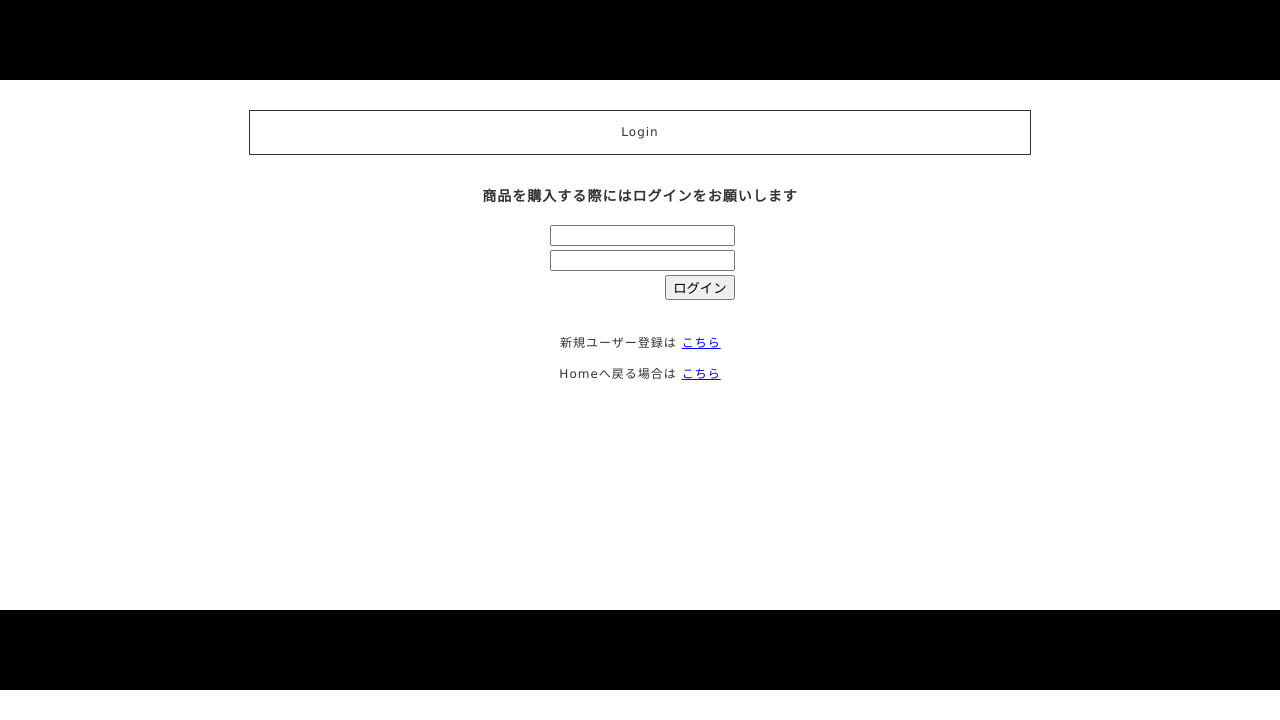
Repository: ProgrammerCollegeIshida/test
Page: http://localhost/ecsite/login.jsp
The author's editor kept a copy of each file at every save. The page is drawn from the files as they stood at one save, then again after the next save.
The browser window is 1280 px wide. The pictures show the whole page.
The page is served by Tomcat 9. Other server files are loaded and not shown.

Above is the page before, as saved 2019-03-22 01:29:38.

### ecsite/WebContent/login.jsp
<%@ page language="java" contentType="text/html; charset=UTF-8"
    pageEncoding="UTF-8"%>
<%@ taglib prefix="s" uri="/struts-tags" %>
<!DOCTYPE html PUBLIC "-//W3C//DTD HTML 4.01 Transitional//EN" "http://www.w3.org/TR/html4/loose.dtd">
<html>
<head>
<meta http-equiv="Content-Type" content="text/html; charset=UTF-8">
<meta http-equiv="Content-Style-Type" content="text/css"/>
<meta http-equiv="Content-Script-Type" content="text/javascript"/>
<meta http-equiv="imagetoolbar" content="no"/>
<meta name="description" content=""/>
<meta name="keywords" content=""/>
<title>Insert title here</title>
<style type="text/css">
	body{
	margin:0;
	padding:0;
	line-height:1.6;
	letter-spacing:1px;
	font-family:Verdana, Helvetica, sans-serif;
	font-size:12px;
	color:#333;
	background:#fff;
	}

	table{
	text-align:center;
	margin:0 auto;
	}

	#top{
	width:780px;
	margin:30px auto;
	border:1px solid #333;
	}

	#header{
	width:100%;
	height:80px;
	background-color:black;
	}

	#main{
	width:100%;
	height:500px;
	text-align:center;
	}

	#footer{
	width:100%;
	height:80px;
	background-color:black;
	clear:both;
	}

	#text-link{
	display:inline-block;
	text-align:right;
	}
</style>
</head>
<body>
	<div id="header">
		<div id="pr">
		</div>
	</div>
	<div id="main">
		<div id="top">
			<p>Login</p>
		</div>
		<div>
			<h3>商品を購入する際にはログインをお願いします</h3>
			<s:form action="LoginAction">
				<s:textfield name="loginUserId"/>
				<s:password name="loginUserPassword"/>
				<s:submit value="ログイン"/>
			</s:form>
			<br/>
			<div id="text-link">
				<p>新規ユーザー登録は
					<a href='<s:url action="UserCreateAction"/>'>こちら</a></p>
				<p>Homeへ戻る場合は
					<a href='<s:url action="GoHomeAction"/>'>こちら</a></p>
			</div>
		</div>
	</div>
	<div id="footer">
		<div id="pr">
		</div>
	</div>
</body>
</html>

After the next save:
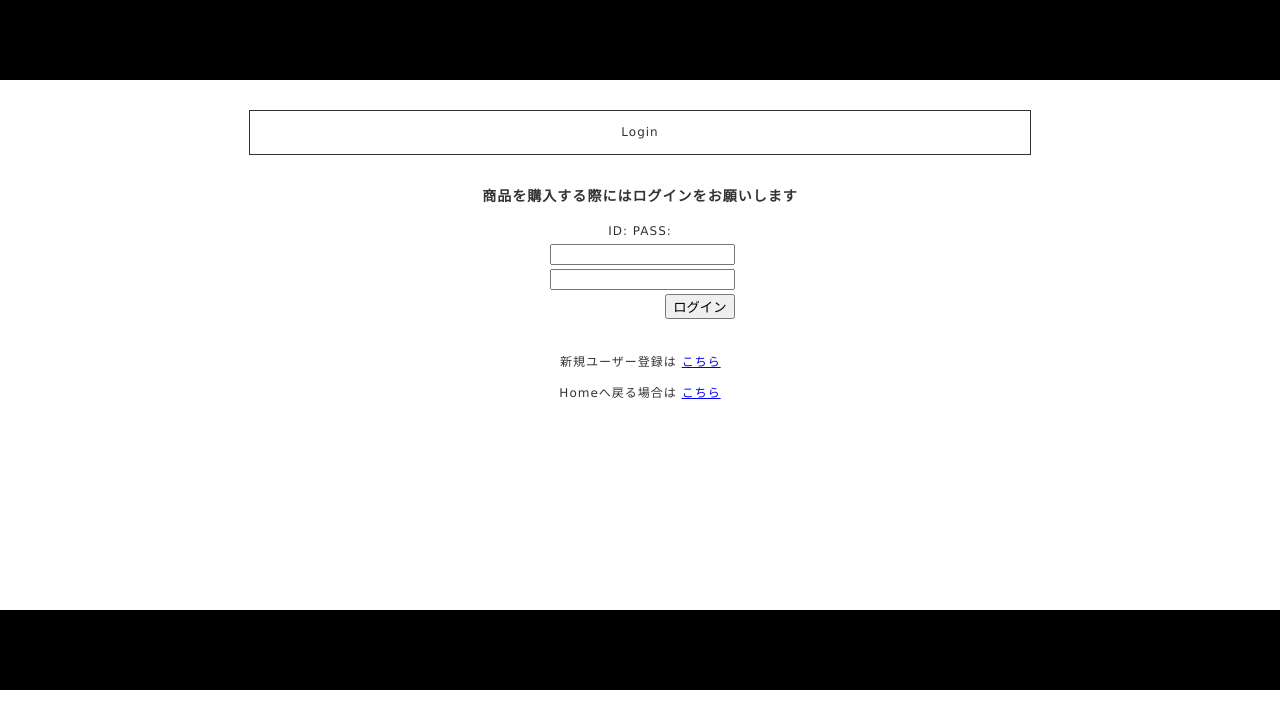
Saved 2 h 38 min later.
--- a/ecsite/WebContent/login.jsp
+++ b/ecsite/WebContent/login.jsp
@@ -71,8 +71,8 @@
 		<div>
 			<h3>商品を購入する際にはログインをお願いします</h3>
 			<s:form action="LoginAction">
-				<s:textfield name="loginUserId"/>
-				<s:password name="loginUserPassword"/>
+				ID:<s:textfield name="loginUserId"/>
+				PASS:<s:password name="loginUserPassword"/>
 				<s:submit value="ログイン"/>
 			</s:form>
 			<br/>

After the save that followed:
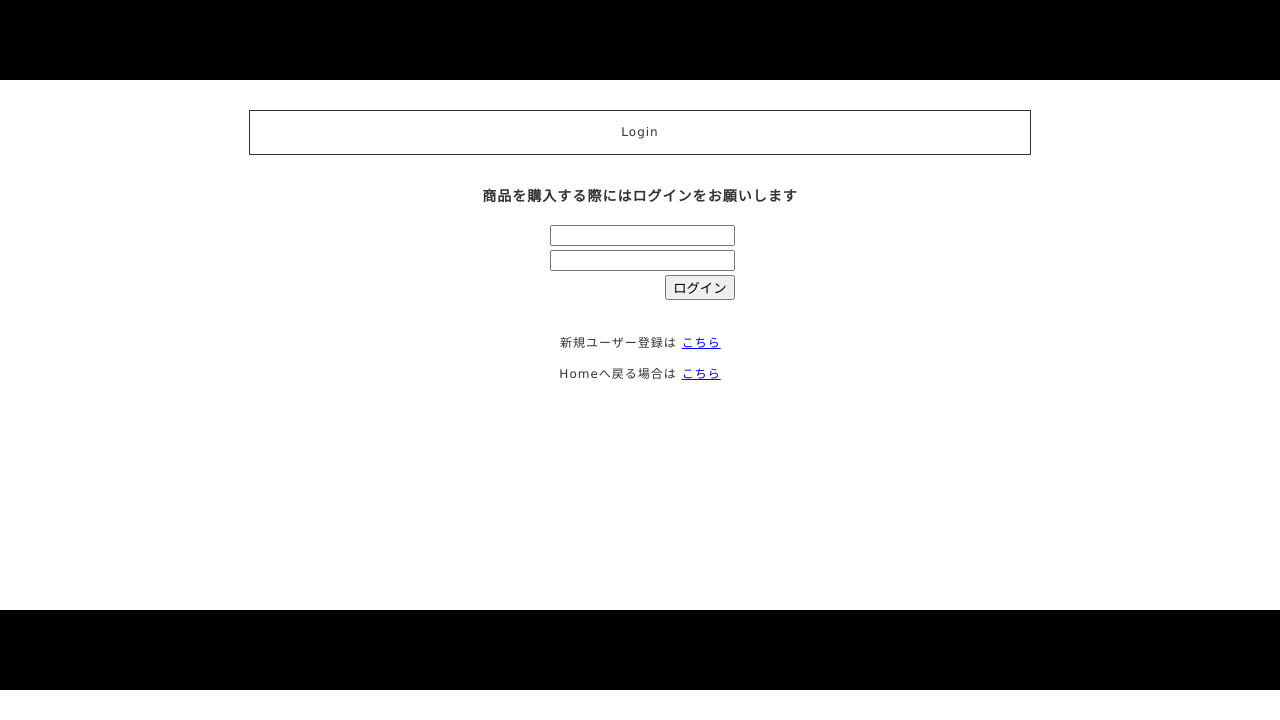
Saved 24 s later.
--- a/ecsite/WebContent/login.jsp
+++ b/ecsite/WebContent/login.jsp
@@ -71,8 +71,8 @@
 		<div>
 			<h3>商品を購入する際にはログインをお願いします</h3>
 			<s:form action="LoginAction">
-				ID:<s:textfield name="loginUserId"/>
-				PASS:<s:password name="loginUserPassword"/>
+				<s:textfield name="loginUserId"/>
+				<s:password name="loginUserPassword"/>
 				<s:submit value="ログイン"/>
 			</s:form>
 			<br/>
